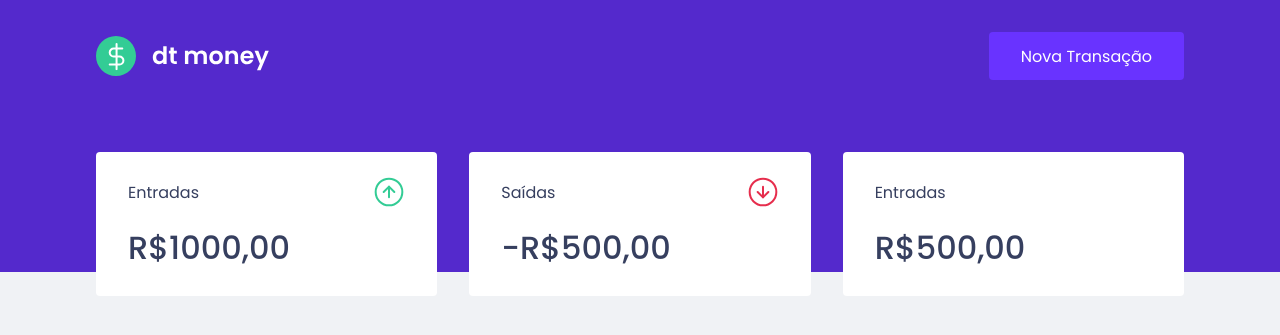
Repository: FreitasGabriel/dtmoney
Page: /
These files come from the project's save history. The page is drawn as it stood at one moment and after the next save; the edit follows.
The browser window is 1280 px wide. The pictures show the whole page.
The project was rebuilt for these pictures with package versions that can differ from the ones it lists, and the page was loaded fresh each time.

Above is the page before, as saved 2021-03-15 21:17:32.

### public/index.html
<!DOCTYPE html>
<html lang="en">

<head>
    <link rel="preconnect" href="https://fonts.gstatic.com">
    <meta charset="UTF-8">
    <meta name="viewport" content="width=device-width, initial-scale=1.0">
    <link rel="shortcut icon" href="favicon.png" type="image/png">
    <link href="https://fonts.googleapis.com/css2?family=Poppins:wght@400;500;600&display=swap" rel="stylesheet">
    <title>DT Money</title>
</head>

<body>
    <div id="root"></div>
</body>

</html>

### src/App.tsx
import { Dashboard } from "./components/Dashboard";
import { Header } from "./components/Header";
import { GlobalStyle } from "./styles/global"

export default function App() {
  return (
    <>
      <Header />
      <Dashboard />
      <GlobalStyle />
    </>
  );
}

### src/components/Dashboard/index.tsx
import { Summary } from '../Summary'
import { Container } from './styles'

export function Dashboard() {
    return (
        <Container>
            <Summary />
        </Container>
    )
}

### src/components/Header/index.tsx
import logoImg from "../../assets/logo.svg"
import { Container, Content } from "./styles"

export function Header() {
    return (
        <Container>
            <Content>
                <img src={logoImg} alt="dt money" />
                <button type="button">
                    Nova Transação
                </button>
            </Content>
        </Container>
    )
}

### src/styles/global.ts
import { createGlobalStyle } from 'styled-components'

export const GlobalStyle = createGlobalStyle`

    :root {
        --background: #F0F2F5;
        --shape: #FFFFFF;

        --red: #E52E4D;
        --green: #33CC95;
        --blue: #5429CC;

        --blue-light: #6933FF;
        --text-title: #363F5F;
        --text-body: #969CB3;

    }

    * {
        margin: 0;
        padding: 0;
        box-sizing: border-box;
    }

    //font-size: 16px - padrão(Desktop)
    html {
        @media(max-width: 1080px){
            font-size: 93.75%; // Vai fazer com que o font-size tenha 15px
        }

        @media(max-width: 720px){
            font-size: 87.5%; // Vai fazer com que o font-size tenha 14px
        }
    }

    // REM = 1rem = font-size padrão da página.

    body {
        background: var(--background);
        -webkit-font-smoothing: antialiased;
    }

    body, input, textarea, button {
        font-family: 'Poppins', sans-serif;
        font-weight: 400;
    }

    h1, h2, h3, h4, h5, h6, strong{
        font-weight: 600;
    }

    button {
        cursor: pointer;
    }

    [disabled] {
        opacity: 0.6;
        cursor: not-allowed;
    }


`

### src/components/Summary/index.tsx
import incomeImg from '../../assets/income.svg'
import outcomeImg from '../../assets/outcome.svg'
import totalImg from '../../assets/total.svg'

import { Container } from './styles'

export function Summary() {
    return (
        <Container>
            <div>
                <header>
                    <p>Entradas</p>
                    <img src={incomeImg} alt="Entradas" />
                </header>
                <strong>R$1000,00</strong>
            </div>
            <div>
                <header>
                    <p>Saídas</p>
                    <img src={outcomeImg} alt="Saídas" />
                </header>
                <strong>-R$500,00</strong>
            </div>
            <div className="highlight-background">
                <header>
                    <p>Entradas</p>
                    <img src={totalImg} alt="Total" />
                </header>
                <strong>R$500,00</strong>
            </div>
        </Container>
    )
}

### src/components/Dashboard/styles.ts
import styled from 'styled-components'

export const Container = styled.main`
    max-width: 1120px;
    margin: 0 auto;
    padding: 2.5rem 1rem;
`

### src/components/Header/styles.ts
import styled from 'styled-components'

export const Container = styled.header`
    background: var(--blue);
`

export const Content = styled.div`
    max-width: 1120px;
    margin: 0 auto;

    padding: 2rem 1rem 12rem;
    display: flex;
    align-items: center;
    justify-content: space-between;

    button{
        font-size: 1rem;
        color: var(--shape);
        background: var(--blue-light);
        border: 0;
        padding: 0 2rem;
        border-radius: 0.25rem;
        height: 3rem;

        transition: filter 0.2s;

        &:hover{
            filter: brightness(0.9);
        }
    }


`

### src/components/Summary/styles.ts
import styled from 'styled-components'

export const Container = styled.div`
    display: grid;
    grid-template-columns: repeat(3, 1fr);
    gap: 2rem;
    margin-top: -10rem;

    div {
        background: var(--shape);
        padding: 1.5rem 2rem;
        border-radius: 0.25rem;
        color: var(--text-title);

        header {
            display: flex;
            align-items: center;
            justify-content: space-between;
        }

        strong {
            display: block;
            margin-top: 1rem;
            font-size: 2rem;
            font-weight: 500;
            line-height: 3rem;
        }
    }
`

Loaded but not shown: src/index.tsx (common file)

After the next save:
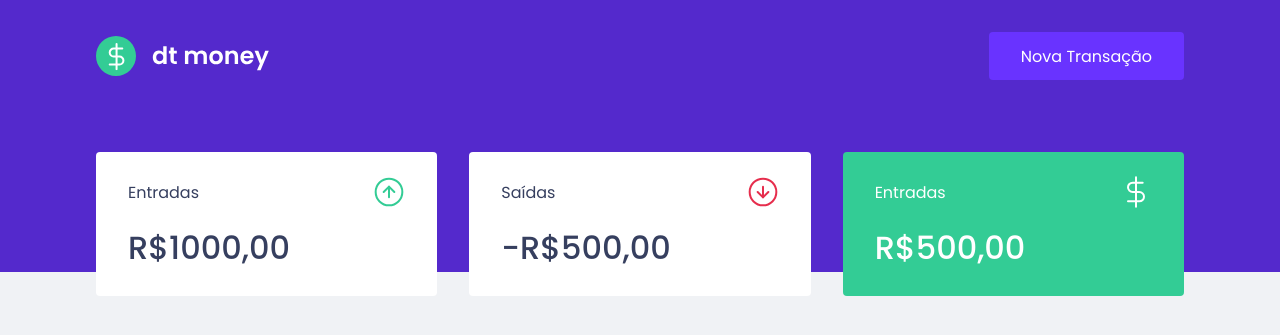
Saved 12 s later.
--- a/src/components/Summary/styles.ts
+++ b/src/components/Summary/styles.ts
@@ -25,5 +25,10 @@ export const Container = styled.div`
             font-weight: 500;
             line-height: 3rem;
         }
+
+        &.highlight-background{
+            background: var(--green);
+            color: var(--shape);
+        }
     }
 `
